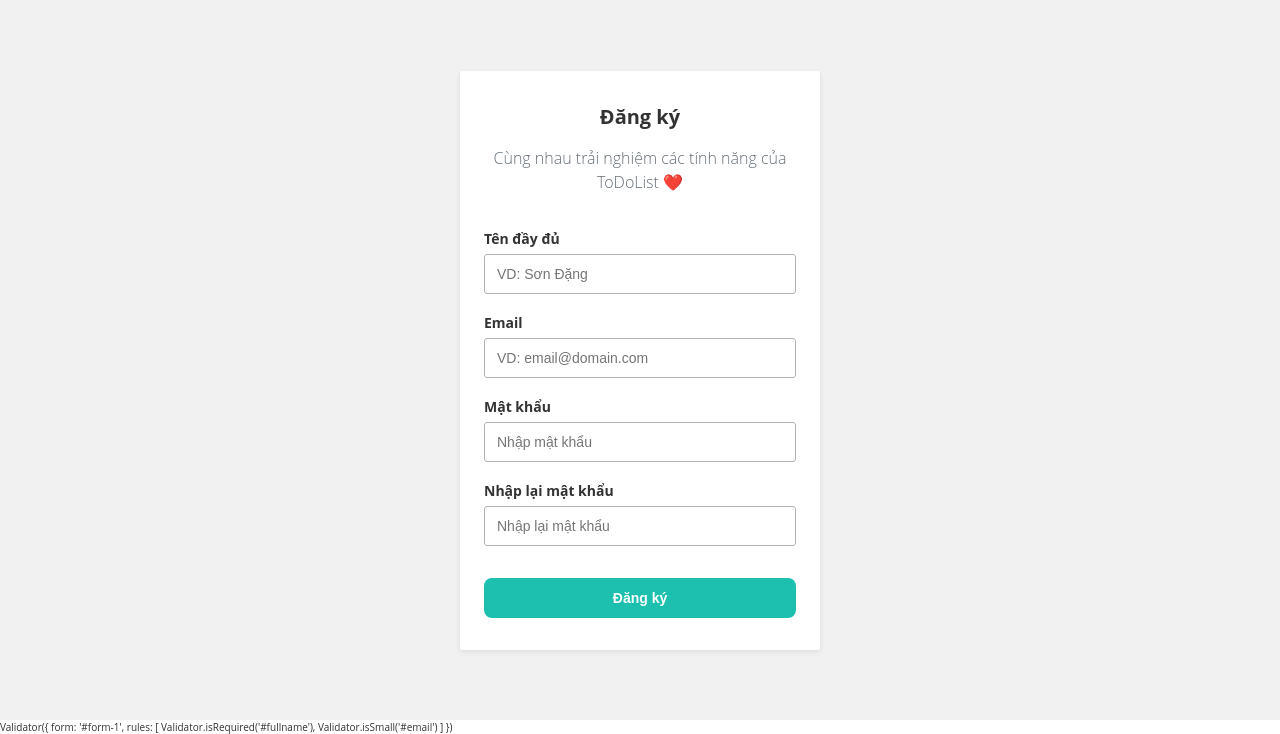
Repository: ndxbinh1922001/signup
Page: index.html
These files come from the project's save history. The page is drawn as it stood at one moment and after the next save; the edit follows.
The browser window is 1280 px wide. The pictures show the whole page.

Above is the page before, as saved 2021-10-16 14:39:05.

### index.html
<!DOCTYPE html>
<html lang="en">
<head>
    <meta charset="UTF-8">
    <meta http-equiv="X-UA-Compatible" content="IE=edge">
    <meta name="viewport" content="width=device-width, initial-scale=1.0">
    <link rel="stylesheet" href="/css/style.css">
    <link rel="stylesheet" href="/js/validator.js">

    <title>Document</title>
</head>
<body>
    <div class="main">

  <form action="" method="POST" class="form" id="form-1">
    <h3 class="heading">Đăng ký</h3>
    <p class="desc">Cùng nhau trải nghiệm các tính năng của ToDoList ❤️</p>

    <div class="spacer"></div>

    <div class="form-group">
      <label for="fullname" class="form-label">Tên đầy đủ</label>
      <input id="fullname" name="fullname" type="text" placeholder="VD: Sơn Đặng" class="form-control">
      <span class="form-message"></span>
    </div>

    <div class="form-group">
      <label for="email" class="form-label">Email</label>
      <input id="email" name="email" type="text" placeholder="VD: email@domain.com" class="form-control">
      <span class="form-message"></span>
    </div>

    <div class="form-group">
      <label for="password" class="form-label">Mật khẩu</label>
      <input id="password" name="password" type="password" placeholder="Nhập mật khẩu" class="form-control">
      <span class="form-message"></span>
    </div>

    <div class="form-group">
      <label for="password_confirmation" class="form-label">Nhập lại mật khẩu</label>
      <input id="password_confirmation" name="password_confirmation" placeholder="Nhập lại mật khẩu" type="password" class="form-control">
      <span class="form-message"></span>
    </div>

    <button class="form-submit">Đăng ký</button>
  </form>
</div>
<scrip src="js/validator.js"></scrip>
<scrip>
    Validator({
        form: '#form-1',
        rules: [
            Validator.isRequired('#fullname'),
            Validator.isSmall('#email')
        ]
    })
</scrip>
</body>
</html>

### css/style.css
* {
    padding: 0;
    margin: 0;
    box-sizing: border-box;
}

html {
    color: #333;
    font-size: 62.5%;
    font-family: "Open Sans", sans-serif;
}

.main {
    background: #f1f1f1;
    min-height: 100vh;
    display: flex;
    justify-content: center;
}

.form {
    width: 360px;
    min-height: 100px;
    padding: 32px 24px;
    text-align: center;
    background: #fff;
    border-radius: 2px;
    margin: 24px;
    align-self: center;
    box-shadow: 0 2px 5px 0 rgba(51, 62, 73, 0.1);
}

.form .heading {
    font-size: 2rem;
}

.form .desc {
    text-align: center;
    color: #636d77;
    font-size: 1.6rem;
    font-weight: lighter;
    line-height: 2.4rem;
    margin-top: 16px;
    font-weight: 300;
}

.form-group {
    display: flex;
    margin-bottom: 16px;
    flex-direction: column;
}

.form-label,
.form-message {
    text-align: left;
}

.form-label {
    font-weight: 700;
    padding-bottom: 6px;
    line-height: 1.8rem;
    font-size: 1.4rem;
}

.form-control {
    height: 40px;
    padding: 8px 12px;
    border: 1px solid #b3b3b3;
    border-radius: 3px;
    outline: none;
    font-size: 1.4rem;
}

.form-control:hover {
    border-color: #1dbfaf;
}

.form-group.invalid .form-control {
    border-color: #f33a58;
}

.form-group.invalid .form-message {
    color: #f33a58;
}

.form-message {
    font-size: 1.2rem;
    line-height: 1.6rem;
    padding: 4px 0 0;
}

.form-submit {
    outline: none;
    background-color: #1dbfaf;
    margin-top: 12px;
    padding: 12px 16px;
    font-weight: 600;
    color: #fff;
    border: none;
    width: 100%;
    font-size: 14px;
    border-radius: 8px;
    cursor: pointer;
}

.form-submit:hover {
    background-color: #1ac7b6;
}

.spacer {
    margin-top: 36px;
}

### js/validator.js
function Validator(option) {
    var formElement = document.querySelector(option.form)
    if (formElement)
        console.log(formElement)
}
Validator.isRequired = function() {

}
Validator.isSmall = function() {

}

After the next save:
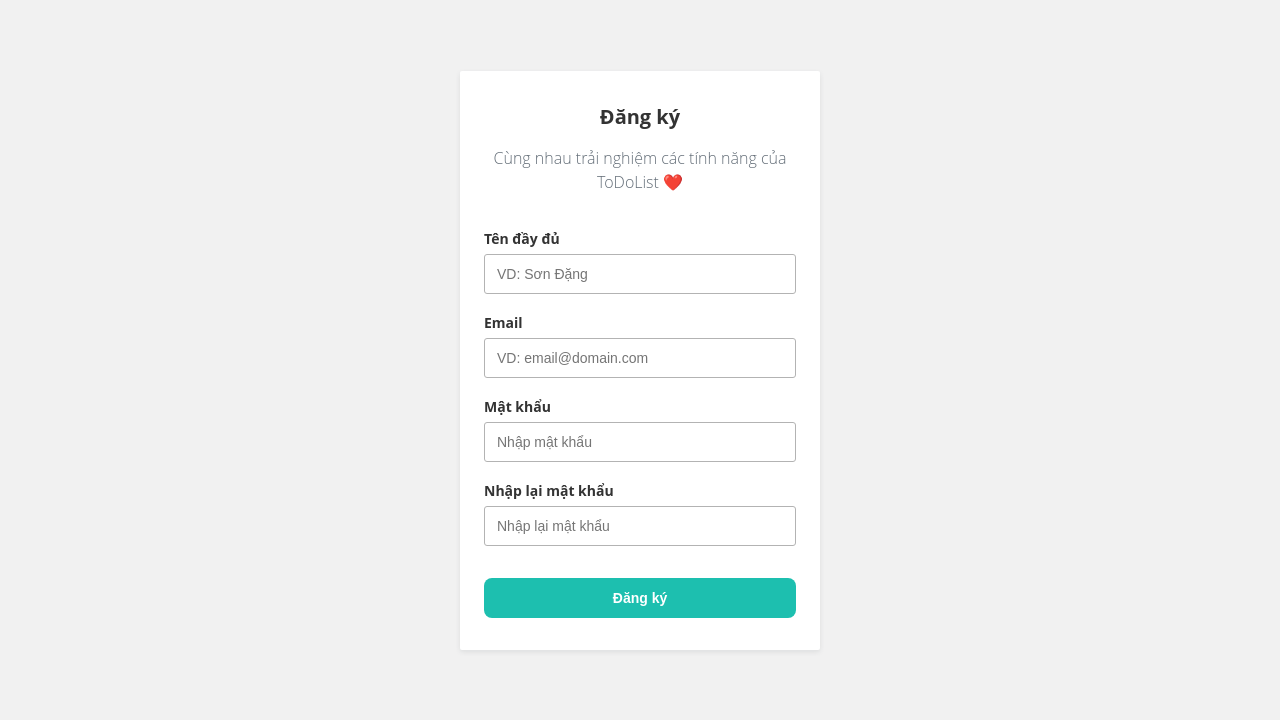
Console error: ReferenceError: Validator is not defined
Saved 2 min 6 s later.
--- a/index.html
+++ b/index.html
@@ -45,8 +45,8 @@
     <button class="form-submit">Đăng ký</button>
   </form>
 </div>
-<scrip src="js/validator.js"></scrip>
-<scrip>
+</script src="js/validator.js"></script>
+<script>
     Validator({
         form: '#form-1',
         rules: [
@@ -54,6 +54,6 @@
             Validator.isSmall('#email')
         ]
     })
-</scrip>
+</script>
 </body>
 </html>
